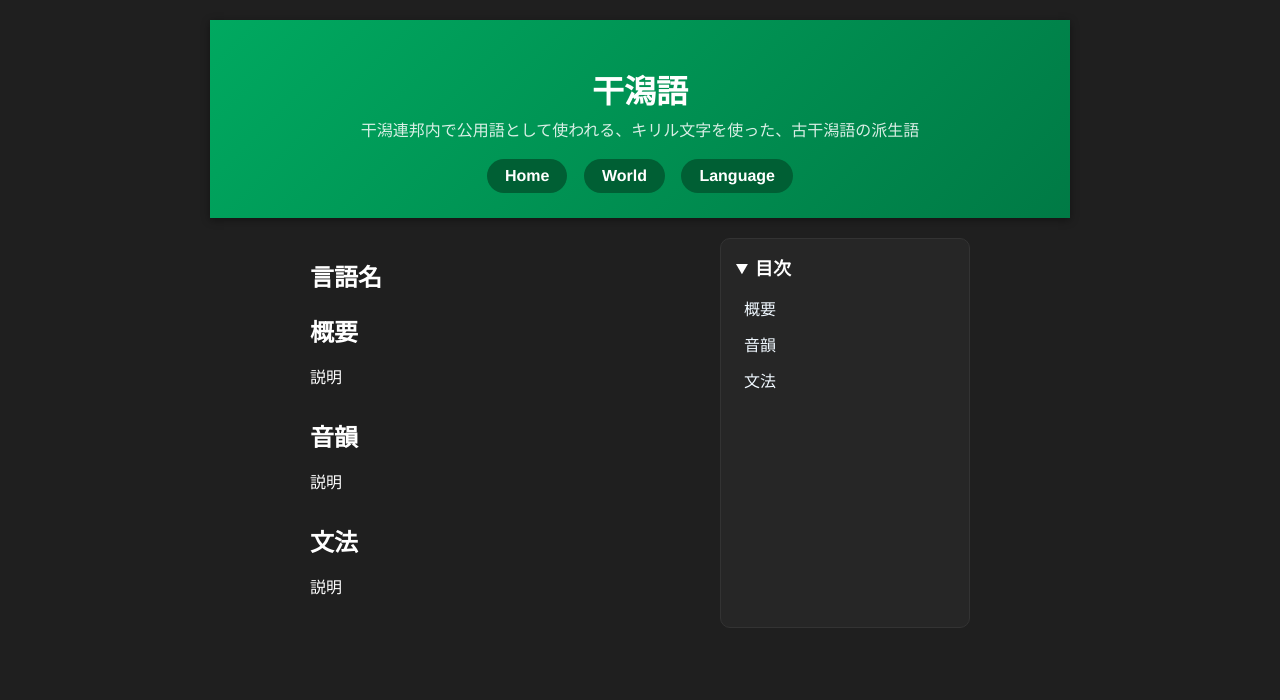
Repository: Player5270-antake/Player5270-antake.github.io
Page: language/hagalen/index.html
An editor plug-in stored every save of this project. The page is shown before and after the next save, followed by the edit.
The browser window is 1280 px wide. The pictures show the whole page.

Above is the page before, as saved 2026-03-08 14:25:57.

### language/hagalen/index.html
<!DOCTYPE html>
<html lang="ja">
<head>
    <meta charset="UTF-8">
    <meta name="viewport" content="width=device-width, initial-scale=1.0">
    <title>干潟語 | あんたけのガレージセンター</title>
    <link rel="stylesheet" href="../../css/style.css">
</head>
<body>
    <div class="container">
        <header>
            <h1>干潟語</h1>
            <p>干潟連邦内で公用語として使われる、キリル文字を使った、古干潟語の派生語</p>
            <nav>
                <a href="../../">Home</a>
                <a href="../../world/">World</a>
                <a href="../">Language</a>
            </nav>
        </header>
        <main>
            <div class="page-layout">

                <article class="article">
                <h1>言語名</h1>

                <section id="overview">
                <h2>概要</h2>
                <p>説明</p>
                </section>

                <section id="phonology">
                <h2>音韻</h2>
                <p>説明</p>
                </section>

                <section id="grammar">
                <h2>文法</h2>
                <p>説明</p>
                </section>

                </article>


                <details class="toc" open>
                <summary>目次</summary>
                <ul>
                <li><a href="#overview">概要</a></li>
                <li><a href="#phonology">音韻</a></li>
                <li><a href="#grammar">文法</a></li>
                </ul>
                </details>

                </div>
        </main>
    </div>
</body>
</html>

### css/style.css
/*全体設定*/
*{
    box-sizing:border-box;
}

body{
    background-color:#1f1f1f;
    color: white;
    font-family:'Helvetica Neue','Helvetica','Arial',sans-serif;
    margin:0;
}

html{
    scroll-behavior:smooth;
}

.container{
    max-width:900px;
    margin:0 auto;
    padding:20px;
}

/*ヘッダー設定*/
header{
    background: linear-gradient(135deg,#00a960,#007a45);
    padding:25px;
    text-align:center;
    position:sticky;
    top:0;
    z-index:1000;
    background:linear-gradient(135deg,#00a960,#007a45);
    box-shadow:0 2px 8px rgba(0,0,0,0.4);
}

header h1{
    margin-bottom:5px;
    font-size:32px;
}

header p{
    margin-top:0;
    opacity:0.85;
}

/*ヘッダーUI設定*/
nav{
    margin-top:18px;
}

nav a{
    text-decoration:none;
    color:white;
    background-color:#005f34;
    padding:8px 18px;
    margin:0 6px;
    border-radius:20px;
    font-weight:bold;
    display:inline-block;
}

nav a:hover{
    background-color:#004d2b;
    transform:translateY(-2px);
}

/*本文設定*/
main{
    padding:20px;
    margin-top:20px;
    max-width:700px;
    margin:auto;
}

section{
    margin-bottom:30px;
}

h2{
    margin-bottom:10px;
}

/*本文お知らせ設定*/
.news-list{
    list-style:none;
    padding:0;
    margin-top:10px;
}

.news-list li{
    background:#2a2a2a;
    padding:12px 15px;
    border-radius:8px;
    margin-bottom:10px;
}

.timeline time{
    font-weight:bold;
    color:#00d07a;
    min-width:100px;
}

.timeline li:hover{
    background:#2a2a2a;
}


/*本文UI設定*/
.cards{
    display:grid;
    grid-template-columns:repeat(auto-fit,minmax(250px,1fr));
    gap:20px;
    margin-top:15px;
}

.card{
    display:block;
    background:#2a2a2a;
    padding:20px;
    border-radius:12px;
    text-decoration:none;
    color:aliceblue;
    transition: transform 0.2s, background 0.2s;
    text-align:center;
    height:100%;
}


.card h3{
    margin-top:0;
    margin-bottom:8px;
}

.card:hover{
    background:#333;
    transform:translateY(-3px);
    box-shadow:0 6px 18px rgba(0,0,0,0.4);
}

.card-icon{
    font-size:28px;
    margin-bottom:8px;
}

/*フッター設定*/
footer{
    margin-top:40px;
    padding:25px;
    text-align:center;
    background:#181818;
    border-top:1px solid #333;
}

/*フッターUI設定*/
.footer-nav{
    margin-top:10px;
}

.footer-nav a{
    text-decoration:none;
    color:#aaa;
    margin:0 10px;
}

.footer-nav a:hover{
    color:white;
}

/*ページ目次欄*/
.toc{
    position:sticky;
    top:20px;

    background:#262626;
    border:1px solid #333;
    border-radius:10px;
    padding:15px;
}

.toc summary{
    font-size:18px;
    cursor:pointer;
    font-weight:bold;
}

.toc ul{
    list-style:none;
    padding:0;
    margin:10px 0 0 0;
}

.toc a{
    display:block;
    padding:6px 8px;
    border-radius:6px;
    text-decoration:none;
    color:aliceblue;
}

.toc a:hover{
    background:#333;
}

.toc a:hover{
    background:#333;
}

/*ページ設定*/
.page-layout{
    display:grid;
    grid-template-columns:1fr 250px;
    gap:40px;
}

After the next save:
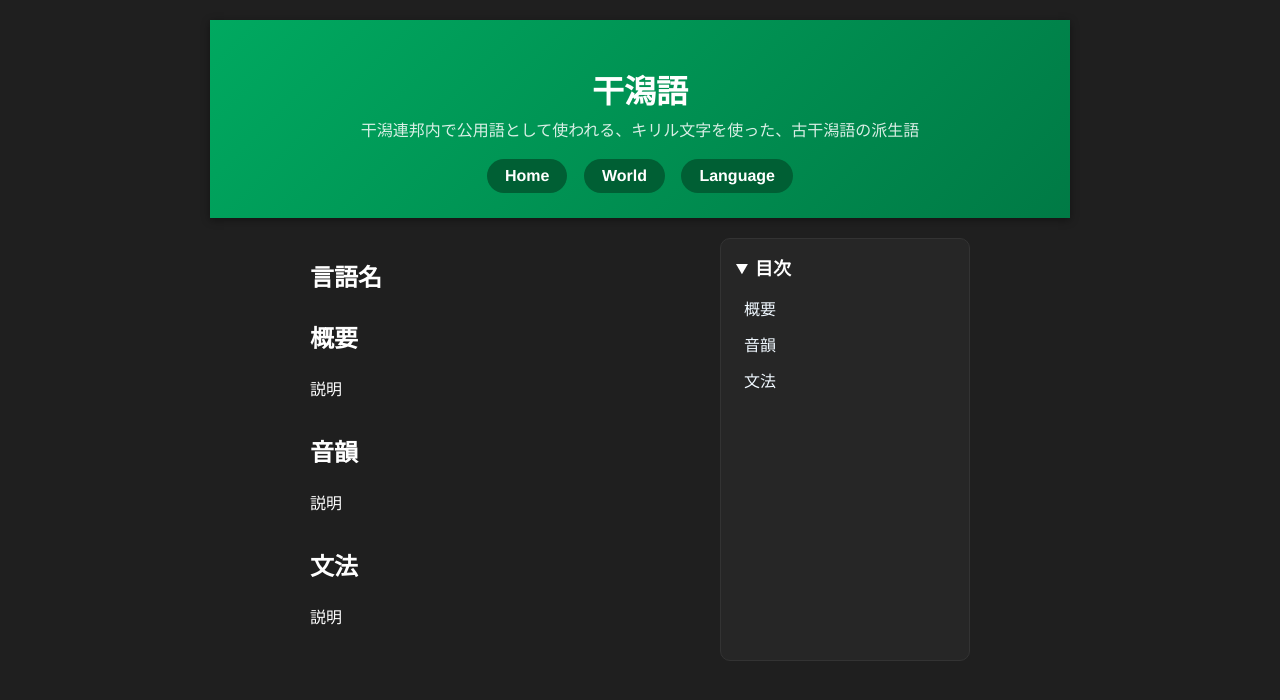
Saved 30 s later.
--- a/css/style.css
+++ b/css/style.css
@@ -210,3 +210,8 @@ footer{
     grid-template-columns:1fr 250px;
     gap:40px;
 }
+
+.article{
+    max-width:800px;
+    line-height:1.7;
+}
